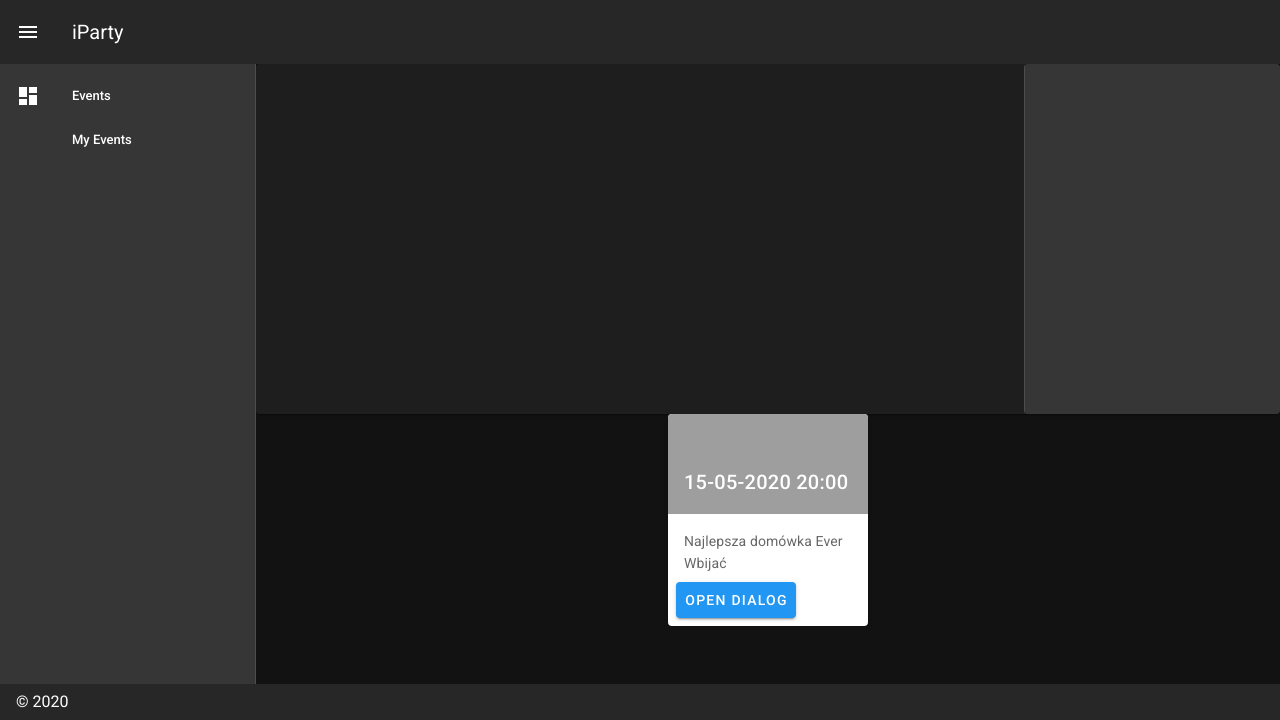
Repository: hexanek/partyapp
Page: /
These files come from the project's save history. The page is drawn as it stood at one moment and after the next save; the edit follows.
The browser window is 1280 px wide. The pictures show the whole page.
Pictures or frames that could not be fetched are drawn as grey boxes. The project was rebuilt for these pictures with package versions that can differ from the ones it lists, and the page was loaded fresh each time. Also part of the build but not shown: vue.config.js.

Above is the page before, as saved 2020-01-25 18:03:58.

### public/index.html
<!DOCTYPE html>
<html lang="en">
  <head>
    <meta charset="utf-8">
    <meta http-equiv="X-UA-Compatible" content="IE=edge">
    <meta name="viewport" content="width=device-width,initial-scale=1.0">
    <link rel="icon" href="<%= BASE_URL %>favicon.ico">
    <title>party-app</title>
    <link rel="stylesheet" href="https://fonts.googleapis.com/css?family=Roboto:100,300,400,500,700,900">
    <link rel="stylesheet" href="https://cdn.jsdelivr.net/npm/@mdi/font@latest/css/materialdesignicons.min.css">
  </head>
  <body>
    <noscript>
      <strong>We're sorry but party-app doesn't work properly without JavaScript enabled. Please enable it to continue.</strong>
    </noscript>
    <div id="app"></div>
    <!-- built files will be auto injected -->
  </body>
</html>

### src/main.js
import Vue from 'vue'
import App from './App.vue'
import vuetify from './plugins/vuetify';
import store from './store'
import router from './router'

Vue.config.productionTip = false

new Vue({
  vuetify,
  store,
  router,
  render: h => h(App)
}).$mount('#app')

### src/App.vue
<template>
  <v-app>


    <navbar>
    </navbar>

    <v-content>

      <v-responsive>
        <v-card height="350px">
      <v-navigation-drawer
      absolute
      permanent
      right
      ></v-navigation-drawer>
      </v-card>

      <gmap
      @clickshow = "showDetails"
      >

      </gmap>

      </v-responsive>
      </v-content>
    <Footer>

    </Footer>
  </v-app>
</template>

<script>
import Navbar from "./components/Navbar";
import Footer from "./components/Footer";
import Gmap from "./components/Gmap";

export default {
  name: "App",

  components: {
    Navbar,
    Footer,
    Gmap
  },

  data: () => ({
    //
  }),
  methods: {
    showDetails: function() {
      this.details = !this.details;
    }
  }
};
</script>

### src/plugins/vuetify.js
import Vue from 'vue';
import Vuetify from 'vuetify/lib';
import VueRouter from 'vue-router'
import * as VueGoogleMaps from 'vue2-google-maps'


Vue.use(Vuetify);
Vue.use(VueRouter);
Vue.use(VueGoogleMaps, {
    load: {
        key: 'AIzaSyB6QzBesMB_MjqmuZF1p7hpCl8gg4kMEy8',
        libraries: 'places'
    }
})

export default new Vuetify({
    theme: {
        dark: true
    }
});

### src/router/index.js
import Vue from 'vue'
import VueRouter from 'vue-router'


Vue.use(VueRouter)

const routes = [
  {
    path: '/',
    name: 'home',

  },
  {
    path: '/about',
    name: 'about',
    // route level code-splitting
    // this generates a separate chunk (about.[hash].js) for this route
    // which is lazy-loaded when the route is visited.
    //component: () => import(/* webpackChunkName: "about" */ '../views/About.vue')
  }
]

const router = new VueRouter({
  routes
})

export default router

### src/components/Navbar.vue
<template>
    <div>
        <v-navigation-drawer
      v-model="drawer"
      app
      clipped
    >
      <v-list dense>
        <v-list-item link>
          <v-list-item-action>
            <v-icon>mdi-view-dashboard</v-icon>
          </v-list-item-action>
          <v-list-item-content>
            <v-list-item-title>Events</v-list-item-title>
          </v-list-item-content>
        </v-list-item>
        <v-list-item link>
          <v-list-item-action>
            <v-icon>mdi-settings</v-icon>
          </v-list-item-action>
          <v-list-item-content>
            <v-list-item-title>My Events</v-list-item-title>
          </v-list-item-content>
        </v-list-item>
      </v-list>
    </v-navigation-drawer>
     <v-app-bar
      flat
      app
      clipped-left
    >
      <v-app-bar-nav-icon @click.stop="drawer = !drawer" />
      <v-toolbar-title>iParty</v-toolbar-title>

    </v-app-bar>
    </div>
</template>

<script>
export default {
  name: "Navbar",
  data: () => ({
    drawer: null
  })
};
</script>

<style lang="scss" scoped>
</style>

### src/components/Footer.vue
<template>
    <div>
        <v-footer app>
            <span>&copy; 2020</span>
        </v-footer>
    </div>
</template>

<script>
    export default {
        name: 'Footer',

        data: () => ({

        })
    }
</script>

<style lang="scss" scoped>

</style>

### src/components/Gmap.vue
<template>
  <div>

    <GmapMap
      :center="start"
      :zoom="10"
      map-type-id="roadmap"
      style="width: 100vw; height: 90vh"
      v-bind:options="mapStyle"
    >

      <gmap-info-window
        :options="infoOptions"
        :position="infoPosition"
        :opened="infoOpened"
        @closeclick="infoOpened = false"
      >
       <popup
       @clickshow="showdetails"
       ></popup>
      </gmap-info-window>
      <GmapMarker
        :key="key"
        v-for="(item, key) in coordinates"
        :position="getPosition(item)"
        :clickable="true"
        @click="toggleInfo(item, key)"
      />
    </GmapMap>



  </div>
</template>

<script>
import Popup from "./Popup";

export default {
  name: "Gmap",
  components: {
    Popup
  },
  data: () => ({
    detail: false,
    start: {
      lat: 54.51889,
      lng: 18.53188
    },
    coordinates: {
      0: {
        party: "Domowka",
        lat: 54.291,
        lng: 18.341
      },
      1: {
        party: "Klub",
        lat: 54.111,
        lng: 18.1
      }
    },
    infoPosition: null,
    infoContent: null,
    infoOpened: false,
    infoCurrentKey: null,
    infoOptions: {
      pixelOffset: {
        width: 0,
        height: -35
      }
    },
    mapStyle: {
      styles: [
        { elementType: "geometry", stylers: [{ color: "#242f3e" }] },
        { elementType: "labels.text.stroke", stylers: [{ color: "#242f3e" }] },
        { elementType: "labels.text.fill", stylers: [{ color: "#746855" }] },
        {
          featureType: "administrative.locality",
          elementType: "labels.text.fill",
          stylers: [{ color: "#d59563" }]
        },
        {
          featureType: "poi",
          elementType: "labels.text.fill",
          stylers: [{ color: "#d59563" }]
        },
        {
          featureType: "poi.park",
          elementType: "geometry",
          stylers: [{ color: "#263c3f" }]
        },
        {
          featureType: "poi.park",
          elementType: "labels.text.fill",
          stylers: [{ color: "#6b9a76" }]
        },
        {
          featureType: "road",
          elementType: "geometry",
          stylers: [{ color: "#38414e" }]
        },
        {
          featureType: "road",
          elementType: "geometry.stroke",
          stylers: [{ color: "#212a37" }]
        },
        {
          featureType: "road",
          elementType: "labels.text.fill",
          stylers: [{ color: "#9ca5b3" }]
        },
        {
          featureType: "road.highway",
          elementType: "geometry",
          stylers: [{ color: "#746855" }]
        },
        {
          featureType: "road.highway",
          elementType: "geometry.stroke",
          stylers: [{ color: "#1f2835" }]
        },
        {
          featureType: "road.highway",
          elementType: "labels.text.fill",
          stylers: [{ color: "#f3d19c" }]
        },
        {
          featureType: "transit",
          elementType: "geometry",
          stylers: [{ color: "#2f3948" }]
        },
        {
          featureType: "transit.station",
          elementType: "labels.text.fill",
          stylers: [{ color: "#d59563" }]
        },
        {
          featureType: "water",
          elementType: "geometry",
          stylers: [{ color: "#17263c" }]
        },
        {
          featureType: "water",
          elementType: "labels.text.fill",
          stylers: [{ color: "#515c6d" }]
        },
        {
          featureType: "water",
          elementType: "labels.text.stroke",
          stylers: [{ color: "#17263c" }]
        }
      ]
    }
  }),
  methods: {
    getPosition: function(marker) {
      return {
        lat: parseFloat(marker.lat),
        lng: parseFloat(marker.lng)
      };
    },
    toggleInfo: function(marker, key) {
      this.infoPosition = this.getPosition(marker);
      this.infoContent = marker.party;
      if (this.infoCurrentKey === key) {
        this.infoOpened = !this.infoOpened;
      } else {
        this.infoOpened = true;
        this.infoCurrentKey = key;
      }
    },
    showdetails: function() {
      this.detail = !this.detail;
    }
  }
};
</script>

<style lang="scss" scoped></style>

### src/components/Popup.vue
<template>
    <div>
        <v-card
    class="mx-auto"
    max-width="200"
    light

  >
    <v-img
      class="white--text align-end"
      height="100px"
      src="https://cdn.vuetifyjs.com/images/cards/docks.jpg"
    >
      <v-card-title>15-05-2020 20:00</v-card-title>
    </v-img>

    <v-card-subtitle class="pb-0">Najlepsza domówka Ever</v-card-subtitle>

    <v-card-text class="pb-0">
      <div>Wbijać</div>

    </v-card-text>

    <v-card-actions>
       <v-btn
      color="primary"
      dark
      @click="showdetails"
    >
      Open Dialog
    </v-btn>

    </v-card-actions>
  </v-card>

    </div>
</template>

<script>
export default {
  name: "Popup",
  components: {},
  data: () => ({
    return: {}
  }),
  methods: {
    showdetails: function() {
      this.$emit("clickshow");
    }
  }
};
</script>

<style lang="scss" scoped>
</style>

Loaded but not shown: src/store/index.js (common file)

After the next save:
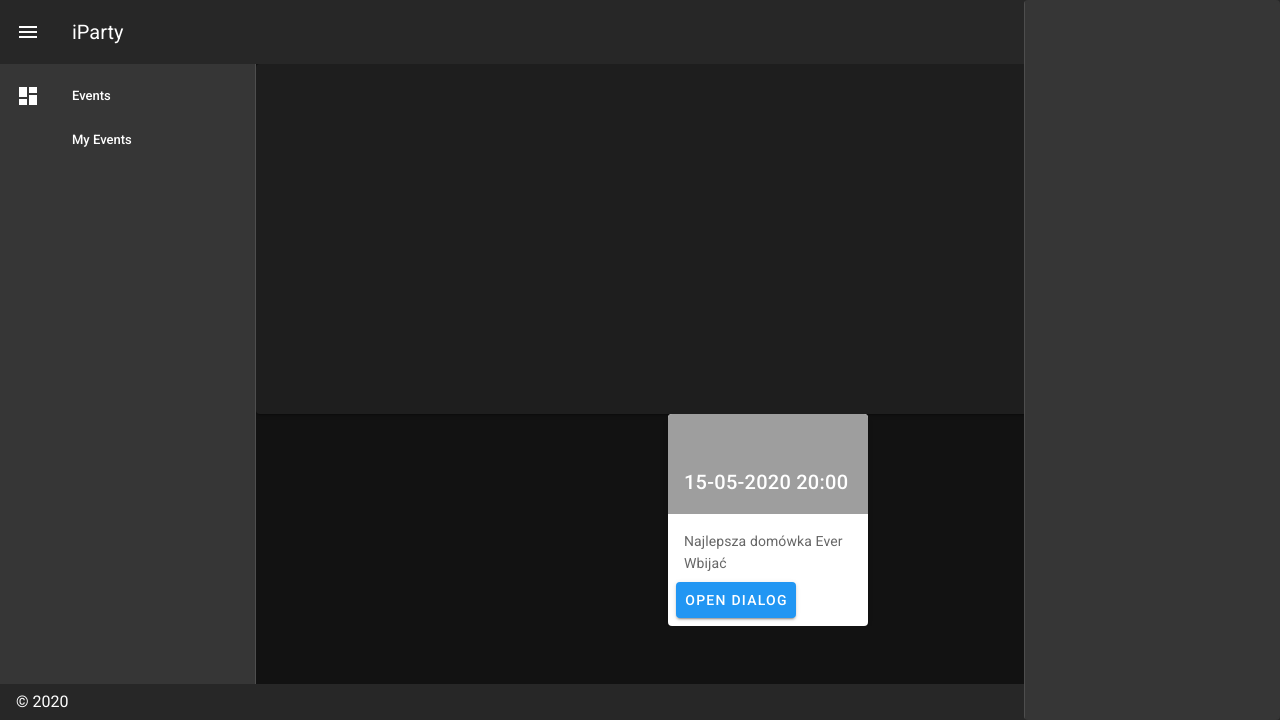
Saved 22 s later.
--- a/src/App.vue
+++ b/src/App.vue
@@ -10,7 +10,7 @@
       <v-responsive>
         <v-card height="350px">
       <v-navigation-drawer
-      absolute
+      fixed
       permanent
       right
       ></v-navigation-drawer>
